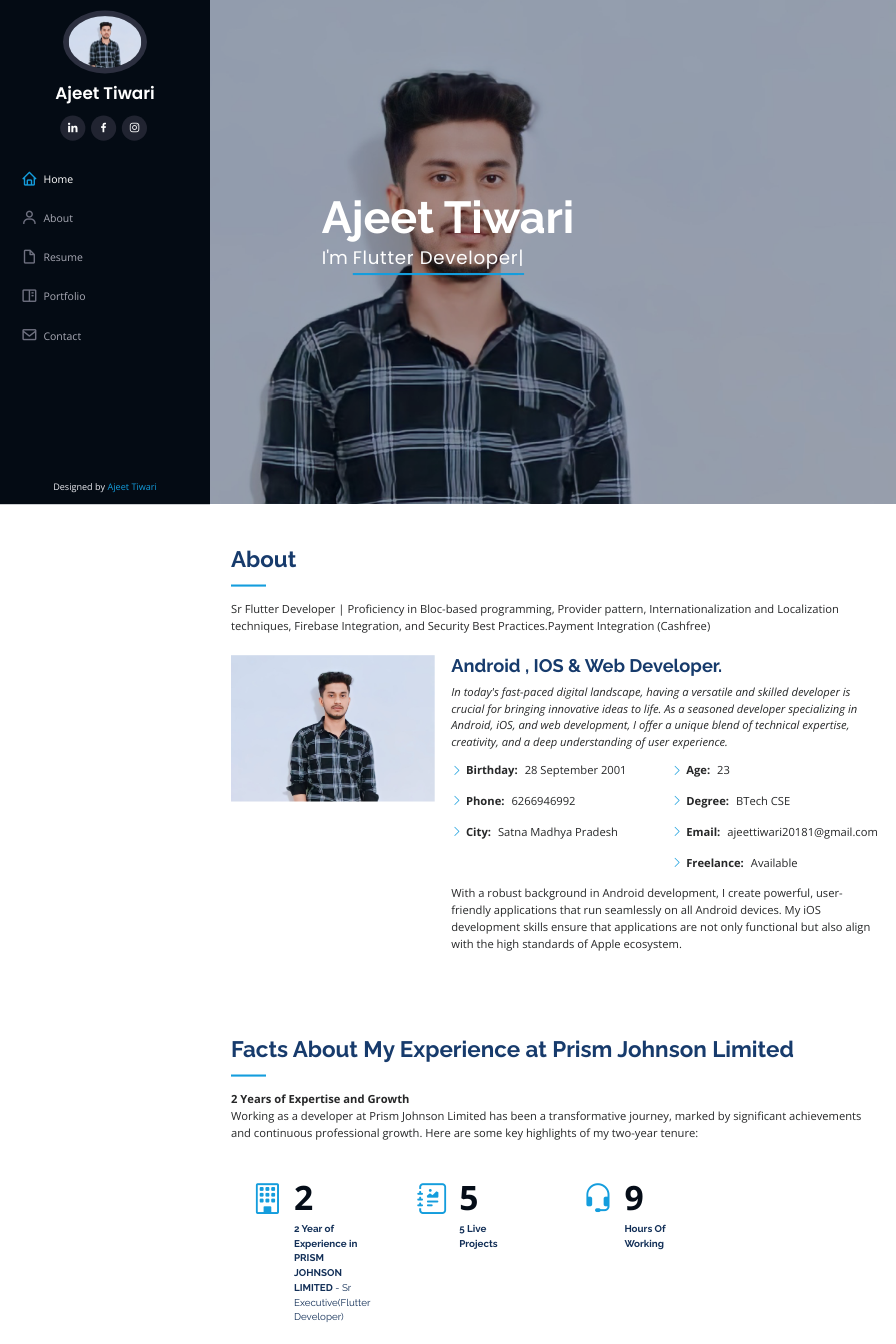
Repository: ajeettiwari-2809/iPortfolio
Page: index.html
An editor plug-in stored every save of this project. The page is shown before and after the next save, followed by the edit.
The browser window is 1280 px wide. The pictures show the part of the page from y = 0 to 1920 px (the page is 5395 px tall), at 70% of full size.
A picture or video elsewhere on the page could not be fetched, so the positions and the page height are approximate. Backgrounds fixed to the window are drawn as part of the page.

Above is the page before, as saved 2024-06-05 15:24:29.

After the next save:
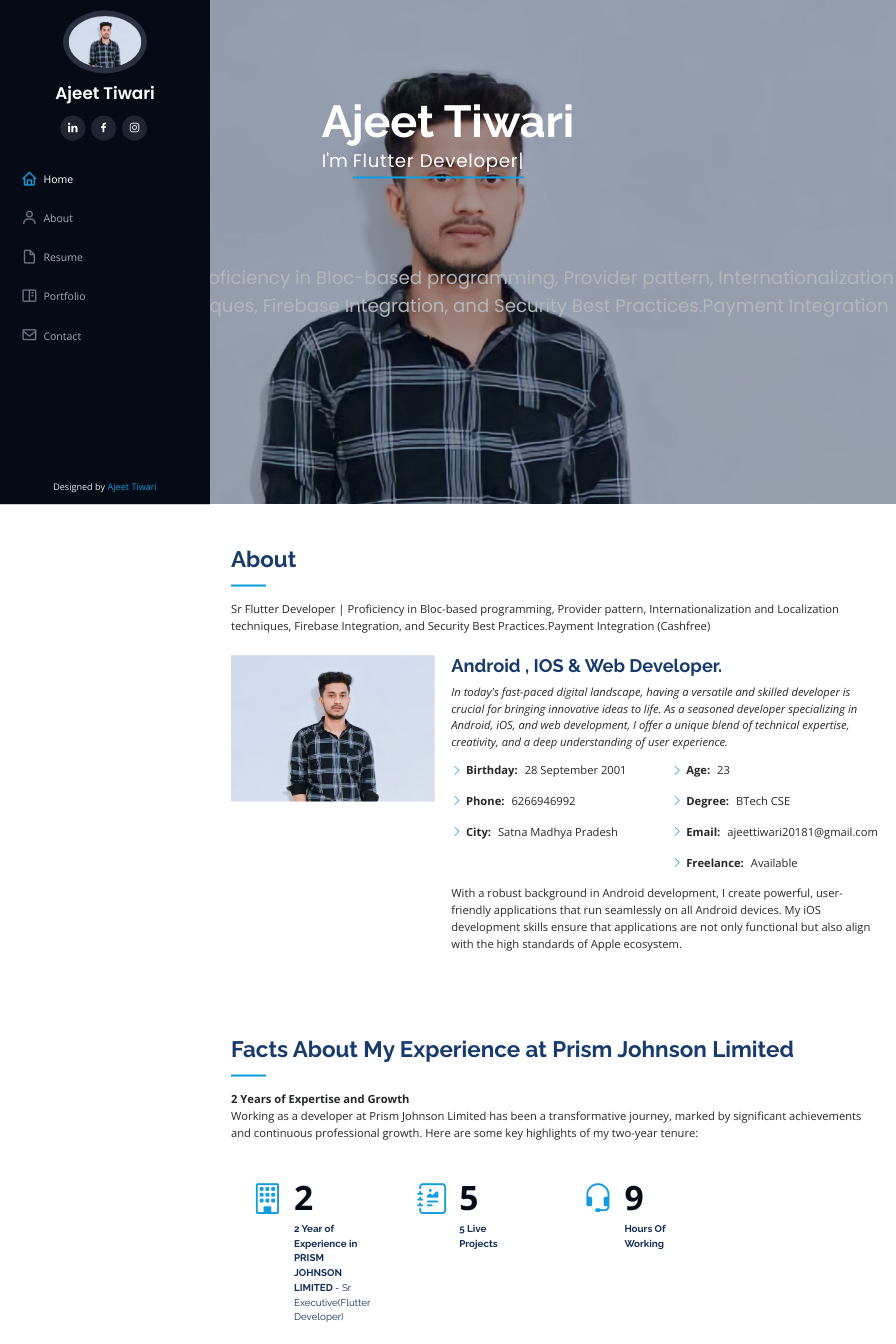
Saved 19 s later.
--- a/index.html
+++ b/index.html
@@ -78,6 +78,10 @@
       <p>I'm <span class="typed" data-typed-items="Sr. Executive, Flutter Developer, Freelancer, Web Developer"></span></p>
     </div>
 
+    <div class="section-title">
+      <h2>About</h2>
+      <p>Sr Flutter Developer | Proficiency in Bloc-based programming, Provider pattern, Internationalization and Localization techniques, Firebase Integration, and Security Best Practices.Payment Integration (Cashfree)</p>
+    </div>
   </section><!-- End Hero -->
 
   <main id="main">

After the save that followed:
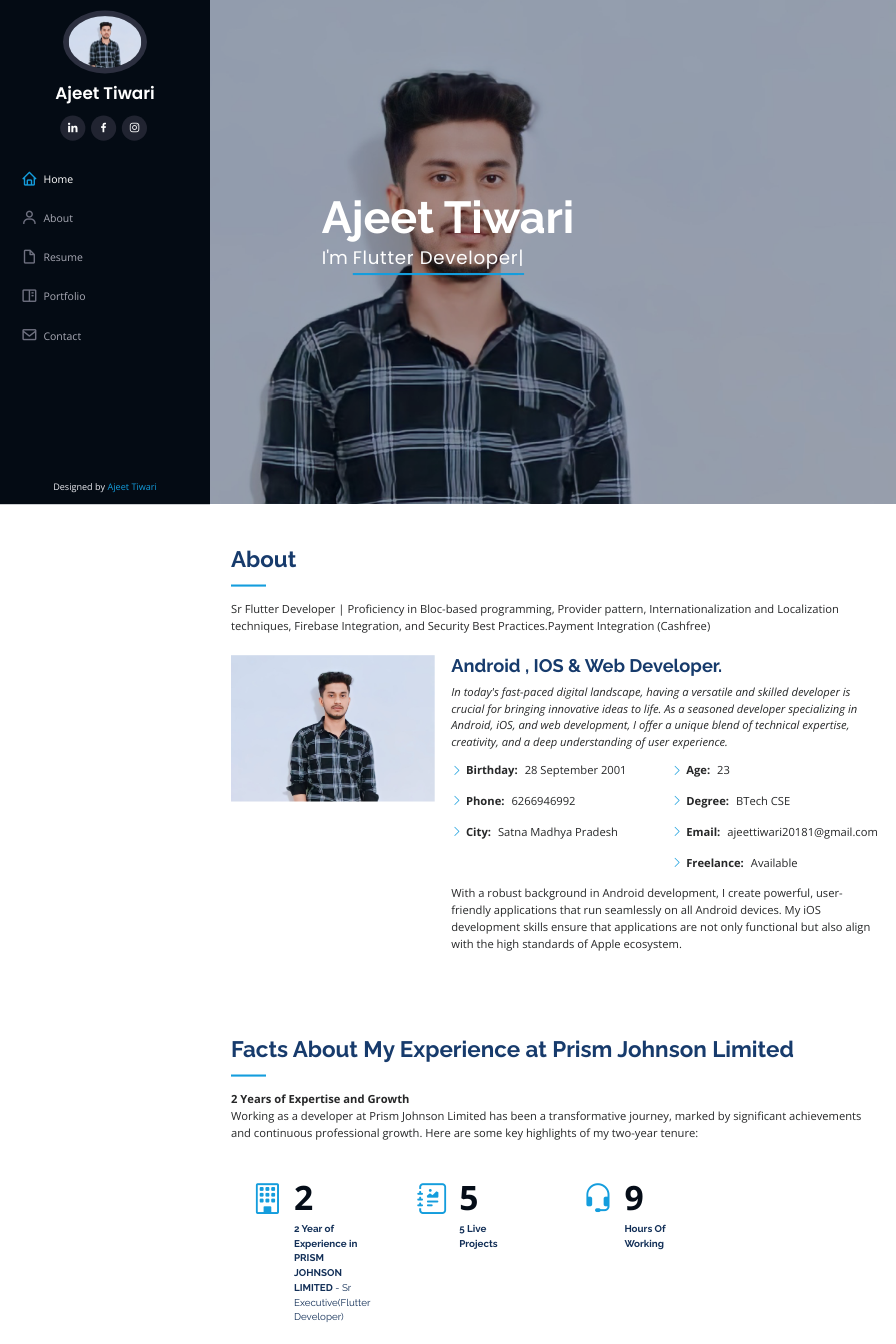
Saved 24 s later.
--- a/index.html
+++ b/index.html
@@ -78,10 +78,7 @@
       <p>I'm <span class="typed" data-typed-items="Sr. Executive, Flutter Developer, Freelancer, Web Developer"></span></p>
     </div>
 
-    <div class="section-title">
-      <h2>About</h2>
-      <p>Sr Flutter Developer | Proficiency in Bloc-based programming, Provider pattern, Internationalization and Localization techniques, Firebase Integration, and Security Best Practices.Payment Integration (Cashfree)</p>
-    </div>
+
   </section><!-- End Hero -->
 
   <main id="main">
